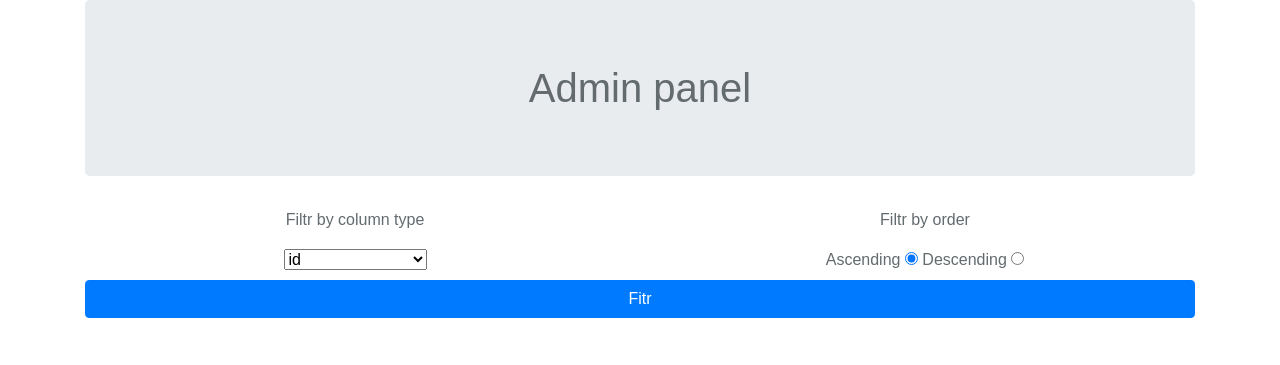
Repository: WOLVGVNG/gameclan
Page: resources/views/admin_panel.blade.php
The author's editor kept a copy of each file at every save. The page is drawn from the files as they stood at one save, then again after the next save.
The browser window is 1280 px wide. The pictures show the whole page.
The page is served by the project's Laravel application, run on PHP 8.4 with Laravel 8. Other server files are loaded and not shown. The template is opened directly, without the code that normally fills it, so the values that code supplies are empty.

Above is the page before, as saved 2019-03-19 17:26:14.

### routes/web.php
<?php

/*
|--------------------------------------------------------------------------
| Web Routes
|--------------------------------------------------------------------------
|
| Here is where you can register web routes for your application. These
| routes are loaded by the RouteServiceProvider within a group which
| contains the "web" middleware group. Now create something great!
|
*/

Route::get('/', 'AdminPanelController@index');

### resources/views/admin_panel.blade.php
@extends('layout.app')
@section('content')
<div class='container text-center'>
    <h1 class='jumbotron'>Admin panel</h1>
    <form action='/' method='GET'>
        <div class='row'>
            <div class='col'>
                <p>Filtr by column type</p>
                <select name='filtr_type'>
                    <option>id</option>
                    <option>user_name</option>
                    <option>email</option>
                    <option>active</option>
                    <option>banned</option>
                    <option>notifiable_email</option>
                    <option>email_verified_at</option>
                    <option>remember_token</option>
                    <option>avatar</option>
                    <option>points</option>
                    <option>steam_id</option>
                    <option>facebook_id</option>
                    <option>google_id</option>
                    <option>geo</option>
                    <option>lang</option>
                    <option>ref</option>
                    <option>ref_status</option>
                    <option>ref_code</option>
                    <option>deleted_at</option>
                    <option>created_at</option>
                    <option>updated_at</option>
                </select>
            </div>
            <div class='col'>
                <p>Filtr by order</p>
                <label for='asc'>Ascending</label>
                <input type='radio' name='filtr_order' value='asc' id='asc' checked>
                <label for='desc'>Descending</label>
                <input type='radio' name='filtr_order' value='desc' id='desc'>
            </div>
        </div>
        <div class='row'>
            <div class='col-12'>
                <button type='submit' class='btn btn-block btn-primary'>Fitr</button>
            </div>
        </div>
    </form>
    @foreach($users as $user)
        <div class='row'>
            <div class='user-part-div col'>
                <p class='font-weight-bold'>id</p>
                <p>{{$user->id}}</p>
            </div>
            <div class='user-part-div col'>
                <p class='font-weight-bold'>user_name</p>
                <p>{{$user->user_name}}</p>
            </div>
            <div class='user-part-div col'>
                <p class='font-weight-bold'>email</p>
                <p>{{$user->email}}</p>
            </div>
            @if($user->active === 1)
                <div class='user-part-div col d-flex align-items-center'>
                    <p class='font-weight-bold'>active</p>
                </div>
            @endif
            @if($user->banned === 1)
            <div class='user-part-div col d-flex align-items-center'>
                <p class='font-weight-bold'>banned</p>
            </div>
            @endif
            @if(isset($user->email_verified_at))
                <div class='user-part-div col'>
                    <p class='font-weight-bold'>email_verified_at</p>
                    <p>{{$user->email_verified_at}}</p>
                </div>
            @endif
            @if(isset($user->email_verified_at))
                <div class='user-part-div col'>
                    <p class='font-weight-bold'>remember_token</p>
                    <p>{{$user->remember_token}}</p>
                </div>
            @endif
            <div class='user-part-div col'>
                <p class='font-weight-bold'>avatar</p>
                <p>{{$user->avatar}}</p>
            </div>
            <div class='user-part-div col'>
                <p class='font-weight-bold'>points</p>
                <p>{{$user->points}}</p>
            </div>
            @if(isset($user->steam_id))
                <div class='user-part-div col'>
                    <p class='font-weight-bold'>steam_id</p>
                    <p>{{$user->steam_id}}</p>
                </div>
            @endif
            @if(isset($user->facebook_id))
                <div class='user-part-div col'>
                    <p class='font-weight-bold'>facebook_id</p>
                    <p>{{$user->facebook_id}}</p>
                </div>
            @endif
            @if(isset($user->google_id))
                <div class='user-part-div col'>
                    <p class='font-weight-bold'>google_id</p>
                    <p>{{$user->google_id}}</p>
                </div>
            @endif
            <div class='user-part-div col'>
                <p class='font-weight-bold'>geo</p>
                <p>{{$user->geo}}</p>
            </div>
            <div class='user-part-div col'>
                <p class='font-weight-bold'>lang</p>
                <p>{{$user->lang}}</p>
            </div>
            @if(isset($user->ref))
                <div class='user-part-div col'>
                    <p class='font-weight-bold'>ref</p>
                    <p>{{$user->ref}}</p>
                </div>
            @endif
            @if(isset($user->ref_status))
                <div class='user-part-div col'>
                    <p class='font-weight-bold'>ref_status</p>
                    <p>{{$user->ref_status}}</p>
                </div>
            @endif
            <div class='user-part-div col'>
                <p class='font-weight-bold'>ref_code</p>
                <p>{{$user->ref_code}}</p>
            </div>
            @if(isset($user->deleted_at))
                <div class='user-part-div col'>
                    <p class='font-weight-bold'>deleted_at</p>
                    <p>{{$user->deleted_at}}</p>
                </div>
            @endif
            <div class='user-part-div col'>
                <p class='font-weight-bold'>created_at</p>
                <p>{{$user->created_at}}</p>
            </div>
            @if(isset($user->updated_at))
                <div class='user-part-div col'>
                    <p class='font-weight-bold'>updated_at</p>
                    <p>{{$user->updated_at}}</p>
                </div>
            @endif
        </div>
    @endforeach
</div>
@endsection

### resources/views/layout/app.blade.php
<!doctype html>
<html lang="{{ str_replace('_', '-', app()->getLocale()) }}">
    <head>
        <meta charset="utf-8">
        <meta name="viewport" content="width=device-width, initial-scale=1">

        <title>Laravel</title>

        <link rel="stylesheet" href="https://stackpath.bootstrapcdn.com/bootstrap/4.3.1/css/bootstrap.min.css" integrity="sha384-ggOyR0iXCbMQv3Xipma34MD+dH/1fQ784/j6cY/iJTQUOhcWr7x9JvoRxT2MZw1T" crossorigin="anonymous">

        <style>
            html, body {
                background-color: #fff;
                color: #636b6f;
                font-family: 'Nunito', sans-serif;
                font-weight: 200;
                height: 100vh;
                margin: 0;
            }

            .user-part-div {
                border: 3px solid gray;
            }
        </style>
    </head>
    <body>
        @yield('content')

    </body>
</html>

After the next save:
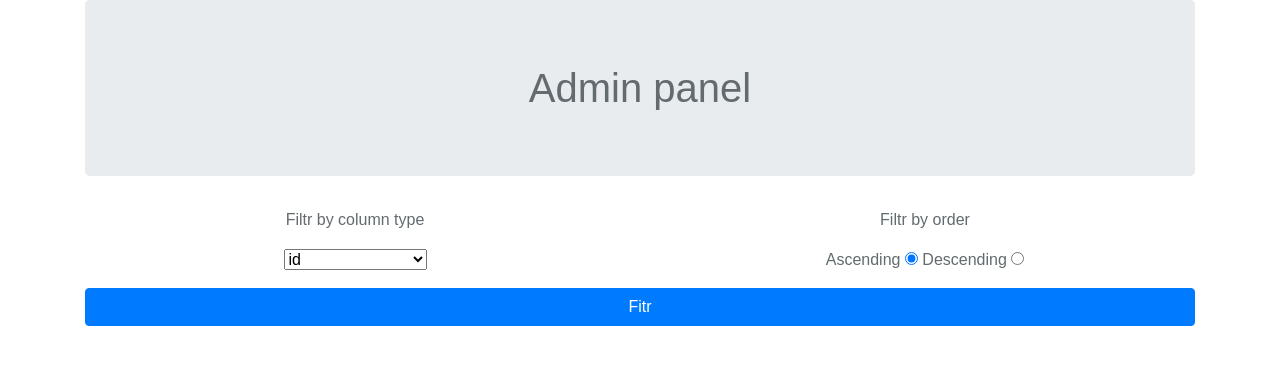
Saved 8 s later.
--- a/resources/views/admin_panel.blade.php
+++ b/resources/views/admin_panel.blade.php
@@ -38,7 +38,7 @@
                 <input type='radio' name='filtr_order' value='desc' id='desc'>
             </div>
         </div>
-        <div class='row'>
+        <div class='row my-2'>
             <div class='col-12'>
                 <button type='submit' class='btn btn-block btn-primary'>Fitr</button>
             </div>
